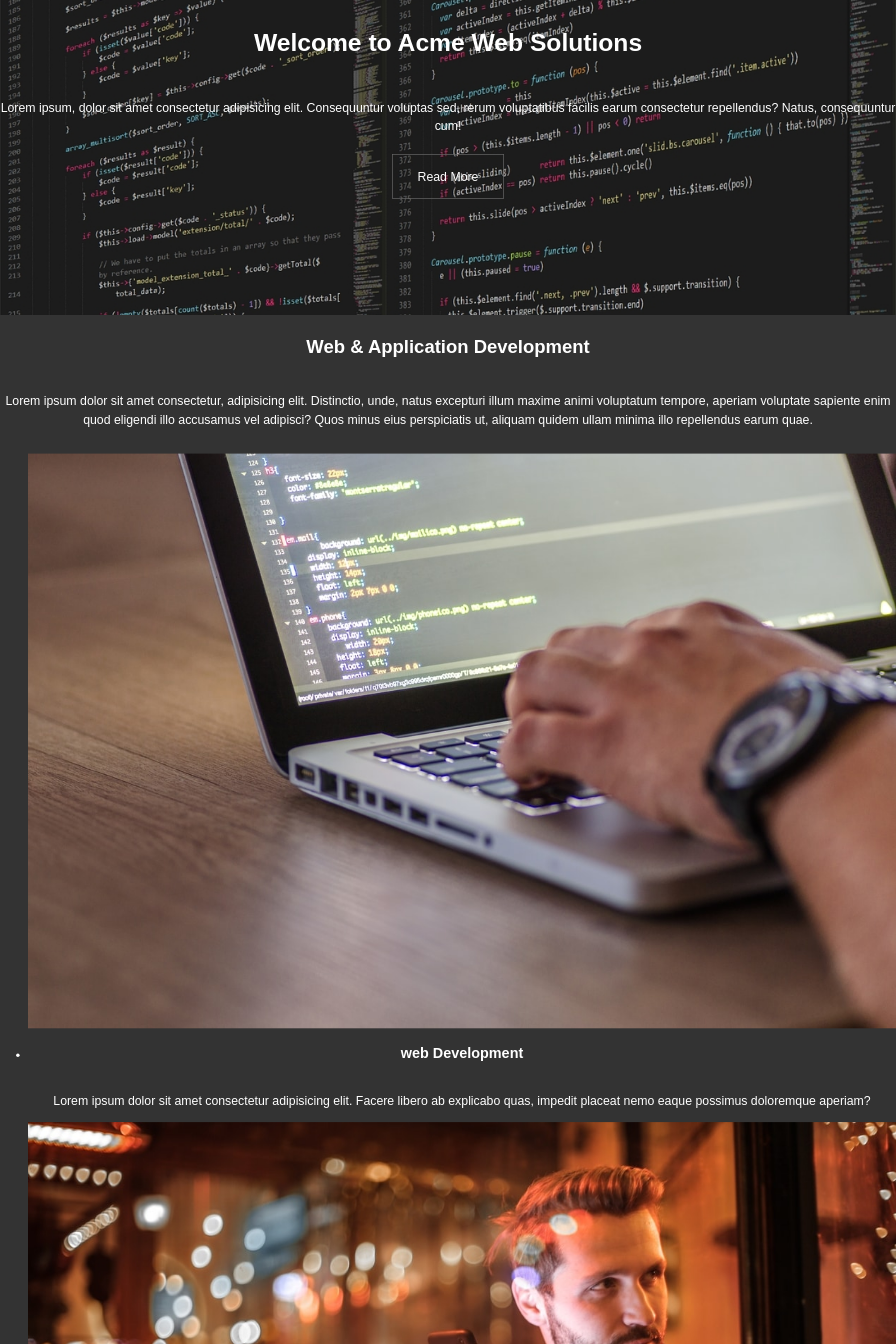
Repository: ErikBaer/MobileFirst
Page: index.html
An editor plug-in stored every save of this project. The page is shown before and after the next save, followed by the edit.
The browser window is 1280 px wide. The pictures show the part of the page from y = 0 to 1920 px (the page is 4144 px tall), at 70% of full size.

Above is the page before, as saved 2020-02-15 02:56:35.

### index.html
<!DOCTYPE html>
<html lang="en">
<head>
    <meta charset="UTF-8">
    <meta name="viewport" content="width=device-width, initial-scale=1.0">
    <link rel="stylesheet" type="text/css" href="style.css">
    <title>Acme Web Solutions</title>
</head>
<body>
    <!--Header Showcase -->
   <header id="showcase" class="grid">
    <div class="bg-image"></div>
    <h1>Welcome to Acme Web Solutions</h1>
    <p>Lorem ipsum, dolor sit amet consectetur adipisicing elit.
         Consequuntur voluptas sed, rerum voluptatibus facilis
         earum consectetur repellendus? Natus, consequuntur cum!
        </p>
    <a href="#section-b" class="btn">Read More</a>
</header>

<!-- Main Area -->

<main id="main">

    <!-- Section A -->

    <section id="section-a" class="grid">
        <div class="content-wrap">
            <h2 class="content-title">Web & Application Development</h2>
            <p>Lorem ipsum dolor sit amet consectetur, adipisicing elit.
                Distinctio, unde, natus excepturi illum maxime animi
                voluptatum tempore, aperiam voluptate sapiente enim quod
                 eligendi illo accusamus vel adipisci? Quos minus eius
                 perspiciatis ut, aliquam quidem ullam minima illo
                 repellendus earum quae.</p>
        </div>
    </section>

    <!-- Section B -->

    <section id="section-b" class="grid">
        <ul>
            <li>
                <div class="card">
                    <img src="./Assets/Coding-Person.jpg" alt="">
                    <div class="card-content">
                        <h3 class="card-title">web Development</h3>
                        <p>Lorem ipsum dolor sit amet consectetur
                            adipisicing elit. Facere libero ab explicabo
                            quas, impedit placeat nemo eaque possimus
                            doloremque aperiam?</p>
                    </div>
                </div>
            </li>
            <li>
                <div class="card">
                    <img src="./Assets/mobile-man.jpg" alt="">
                    <div class="card-content">
                        <h3 class="card-title">Mobile Applications</h3>
                        <p>Lorem ipsum dolor sit amet consectetur
                            adipisicing elit. Facere libero ab explicabo
                            quas, impedit placeat nemo eaque possimus
                            doloremque aperiam?</p>
                    </div>
                </div>
            </li>
            <li>
                <div class="card">
                    <img src="./Assets/Charts.jpg" alt="">
                    <div class="card-content">
                        <h3 class="card-title">Tech Marketing</h3>
                        <p>Lorem ipsum dolor sit amet consectetur
                            adipisicing elit. Facere libero ab explicabo
                            quas, impedit placeat nemo eaque possimus
                            doloremque aperiam?</p>
                    </div>
                </div>
            </li>
        </ul>
    </section>

    <!-- Section C -->
    <section id="section-c" class="grid">
        <div class="content-wrap">
            <h2 class="content-title"> We handle all of your digital needs</h2>
            <p>Lorem, ipsum dolor sit amet consectetur adipisicing elit.
                Neque asperiores pariatur dolorem ipsum dicta recusandae
                 optio vel doloremque deserunt maiores?</p>
        </div>
    </section>

    <!-- Section D -->

    <section class="section-d grid">
        <div class="box">
            <h2 class="content-title">Contact Us</h2>
            <p>Lorem ipsum dolor sit, amet consectetur adipisicing elit.
                 Alias, totam quas ipsam doloremque dignissimos doloribus
                 laudantium aut provident dolore. Maxime!</p>
            <p>contact@acmewebsolutions.test</p>
        </div>
        <div class="box">
            <h2 class="content-title">About Our Company</h2>
            <p>Lorem ipsum dolor, sit amet consectetur adipisicing elit.
                Delectus ut placeat, nulla inventore laboriosam quisquam!
                Porro, asperiores libero molestiae a facilis et, ex magni
                 nostrum rem delectus quia ut? Vitae.</p>
        </div>
    </section>
</main>

<!-- Footer -->

<footer id="main-footer" class="grid">
    <div>Acme Web Solutins</div>
    <div>Project by <a href="www.baerdata.de" target="blank">Erik Baer</a></div>
</footer>

</body>
</html>

### style.css
body {
    margin: 0;
    font-family: Arial, Helvetica, sans-serif;
    background-color: #333;
    color: white;
    font-size:1.1em;
    line-height: 1.5;
    text-align: center;
}

img {
    display:block;
    width:100%;
    height: auto;
}

h1, h2, h3 {
    margin:0;
    padding: 1em 0;
}

p {
    margin: 0;
    padding: 1em 0;
}

.btn {
    display: inline-block;
    background: 333;
    color: white;
    text-decoration: none;
    padding: 1em 2em;
    border: 1px solid #666;
    margin: .5em 0
}

.btn:hover {
  background: #eaeaea;
  color: #333;
}

/* Header Showcase */

#showcase {
    min-height: 450px;
    color: #fff;
    text-align: center;
}

#showcase .bg-image {
    position: absolute;
    background: #333 url(/Assets/code.jpg);
    background-position: center;
    background-repeat: no-repeat;
    background-size: cover;
    width: 100%;
    height: 450px;
    z-index: -1;
}

After the next save:
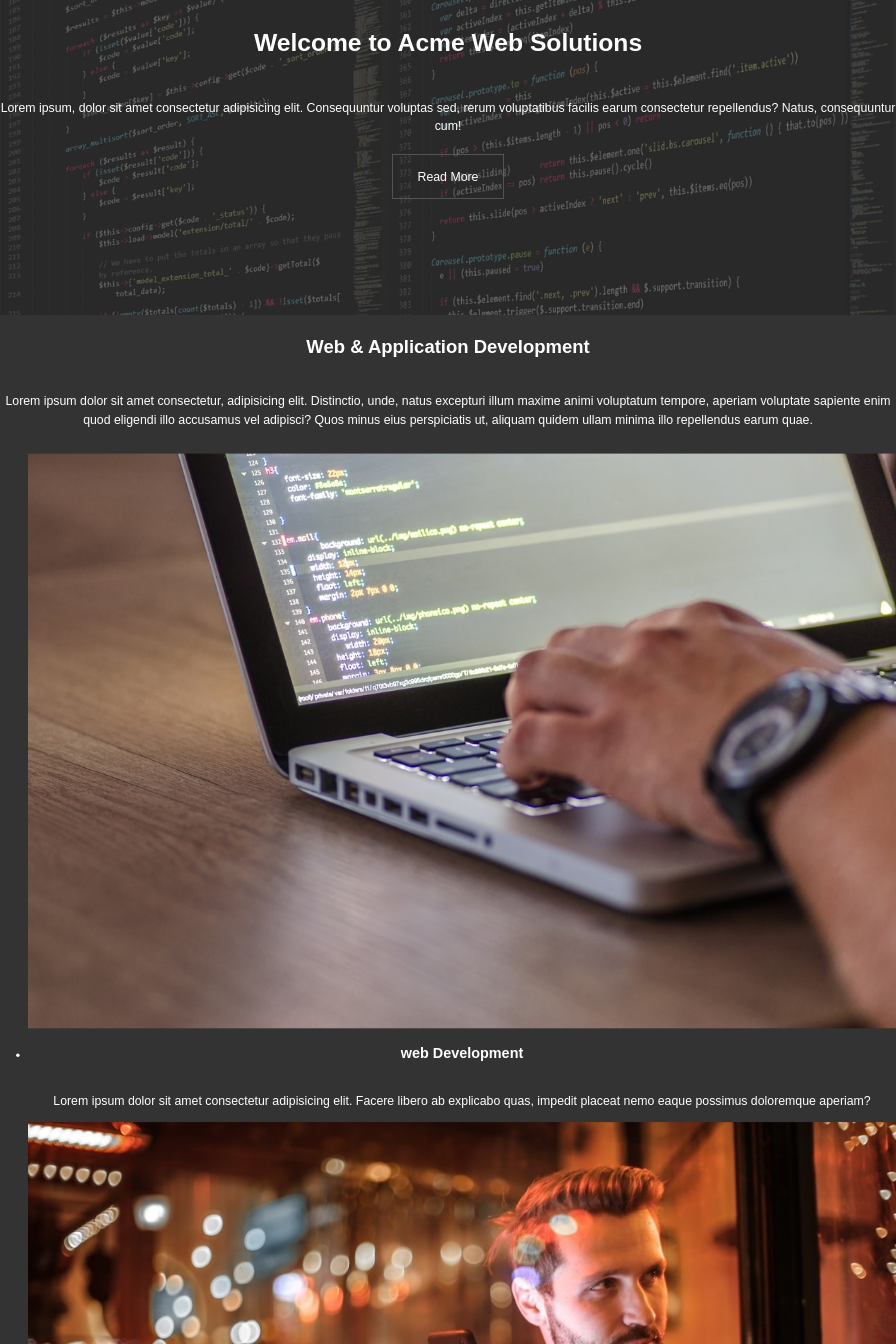
Saved 34 s later.
--- a/style.css
+++ b/style.css
@@ -56,4 +56,5 @@ p {
     width: 100%;
     height: 450px;
     z-index: -1;
+    opacity: 0.4;
 }
